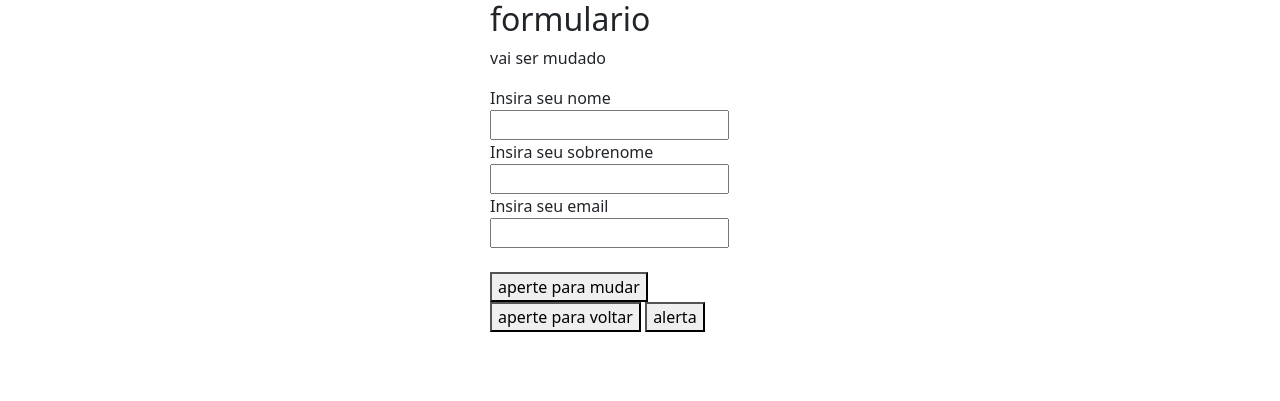
Repository: Nnunes55/formulario
Page: th/index.html
An editor plug-in stored every save of this project. The page is shown before and after a run of saves, followed by the edit.
The browser window is 1280 px wide. The pictures show the whole page.

Above is the page before, as saved 2025-04-10 15:45:50.

### th/index.html
<!DOCTYPE html>
<html lang="en">
<head>
    <meta charset="UTF-8">
    <meta name="viewport" content="width=device-width, initial-scale=1.0">
    <title>Document</title>
    <link rel="stylesheet" href="/th/style.css">
    <link rel="stylesheet" href="https://cdn.jsdelivr.net/npm/bootstrap@5.3.5/dist/css/bootstrap.min.css">
    <link rel="stylesheet" href="https://cdn.jsdelivr.net/npm/bootstrap@5.3.5/dist/js/bootstrap.bundle.min.js
">
</head>
<body>
    <div class="container">
        <div class="box">

            <h2 id="textoteste">formulario</h2>


   <p id="demo">vai ser mudado</p>

    <div>
        <label for="firstName">Insira seu nome</label>
        <input type="text" id="firstName"><br>
    </div>
    <div>
        <label for="lastName">Insira seu sobrenome</label>
        <input type="text" id="lastName"><br>
    </div>
    <div>
        <label for="email">Insira seu email</label>
        <input type="email" id="email">
    </div>
    <div>
        <label for="date"></label>
    </div>
    <div>
    <button type="button" onclick="myFunction()">aperte para mudar</button>

    <button type="button" onclick="myFunction2()">aperte para voltar</button>

    <button type="button" onclick= window.print()>alerta</button>
    </div>
    </div>
    </div>

    <script src="/th/index.js"></script>
</body>
</html>

### th/style.css
img{
    width: 400px;
    height: 400px;
    border-radius: 50px;
}
#botao{
    width: 200px;
    height: fit-content;
    size: 200px;
    color: aquamarine;
}
#ht{
    margin-top: 50px;
    margin-left: 50px;
}
.container {
    display: flex;
    flex-direction: row;
    justify-content: center;
    align-items: center;
    gap: 4px;
    height: 100%;
    width: 100%;
  }
.box{
    width: 300px;
    height: 300px;
    background: #fff;
}

### th/index.js
let x, y, z;
x = 10;
y = 24;
z = x + y;
a = 34;

function myFunction() {
    document.getElementById("demo").innerHTML = "Paragrafo mudado.";
  }

function myFunction2() {
  document.getElementById("demo").innerHTML = '<h2>vai ser mudado</h2>';
}

function myfunction3() {
  window.print();
}
console.log(a);

After the next 3 saves:
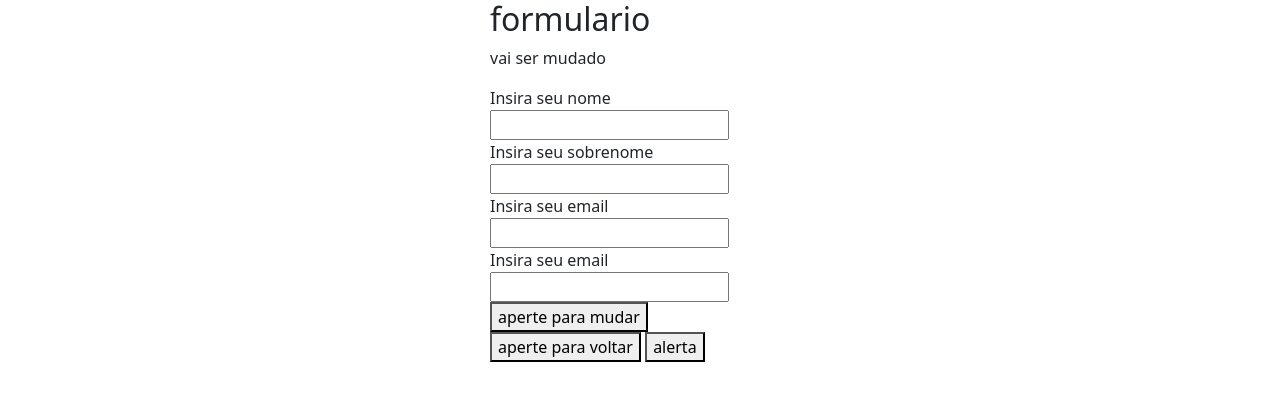
The 3 saves are shown as one change because they came seconds apart.
The last was saved 13 s later.
--- a/th/index.html
+++ b/th/index.html
@@ -31,7 +31,8 @@
         <input type="email" id="email">
     </div>
     <div>
-        <label for="date"></label>
+        <label for="date">Insira seu email</label>
+        <input type="text">
     </div>
     <div>
     <button type="button" onclick="myFunction()">aperte para mudar</button>
